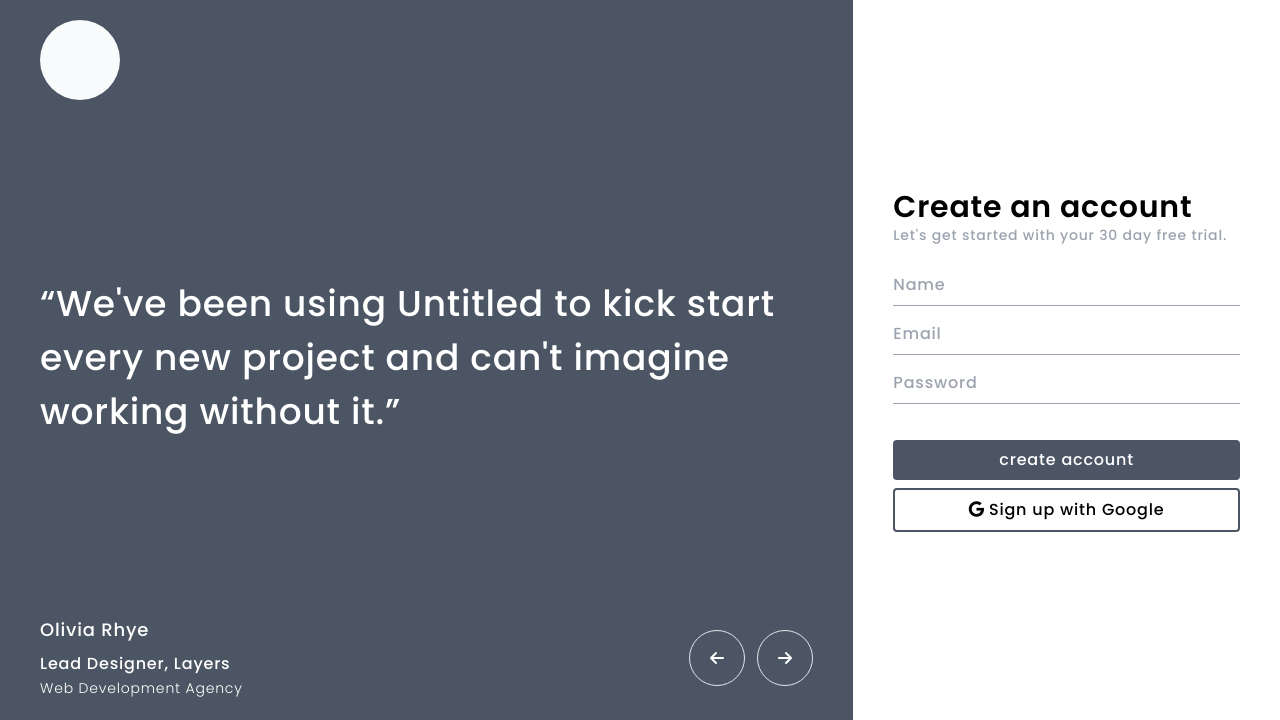
Repository: debthebuilder/youtube-html-contact-form-tailwindcss
Page: contact.html
These files come from the project's save history. The page is drawn as it stood at one moment and after the next save; the edit follows.
The browser window is 1280 px wide. The pictures show the whole page.
Some web libraries are served in a nearby version.

Above is the page before, as saved 2022-08-03 06:03:46.

After the next save:
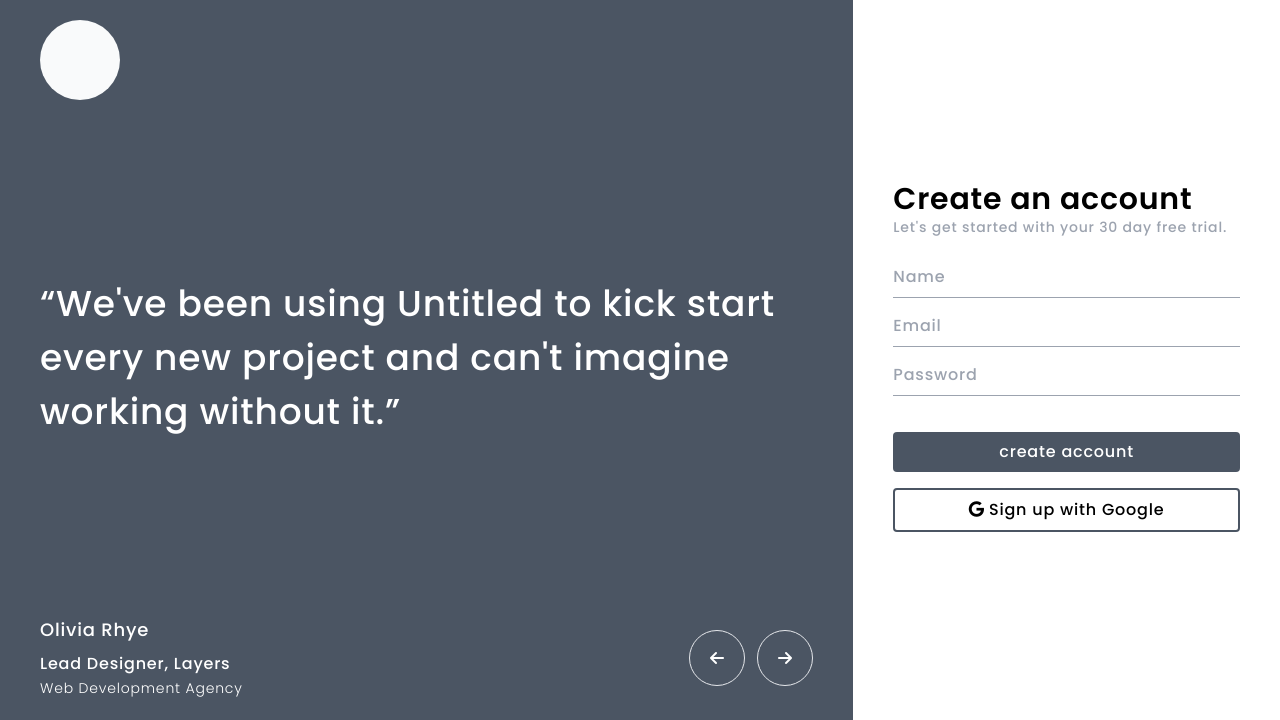
Saved 14 s later.
--- a/contact.html
+++ b/contact.html
@@ -52,7 +52,7 @@
 
             </form>
             <button class="block bg-gray-600 w-full py-2 rounded my-2 text-white">create account</button>
-            <button class="block border-2 border-gray-600  w-full py-2 rounded"><span class="mr-1"><i class="fa-brands fa-google"></i></span>Sign up with Google</button>
+            <button class="block border-2 border-gray-600  w-full py-2 my-2 rounded"><span class="mr-1"><i class="fa-brands fa-google"></i></span>Sign up with Google</button>
         </div>
     </div>
 </body>
